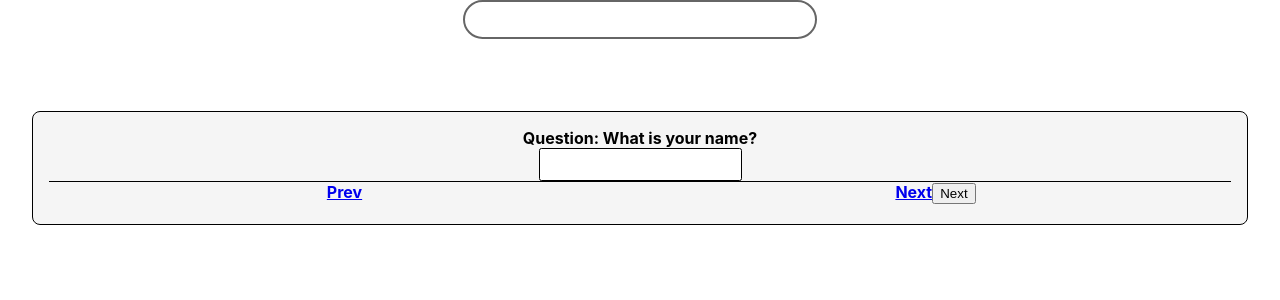
Repository: TheRungtaLibrary/survey
Page: /steps/1
The author's editor kept a copy of each file at every save. The page is drawn from the files as they stood at one save, then again after the next save.
The browser window is 1280 px wide. The pictures show the whole page.
The project was rebuilt for these pictures with package versions that can differ from the ones it lists, and the page was loaded fresh each time. Also part of the build but not shown: src/App.css, src/components/Steps/Intro/Intro.js, src/components/Steps/Step2/Step2.js, src/components/Steps/Step3/Step3.js, src/components/Steps/Step4/Step4.js, src/components/Steps/Summary/Summary.scss, src/components/Steps/Summary/Summary.js.

Above is the page before, as saved 2020-03-19 18:03:53.

After the next save:
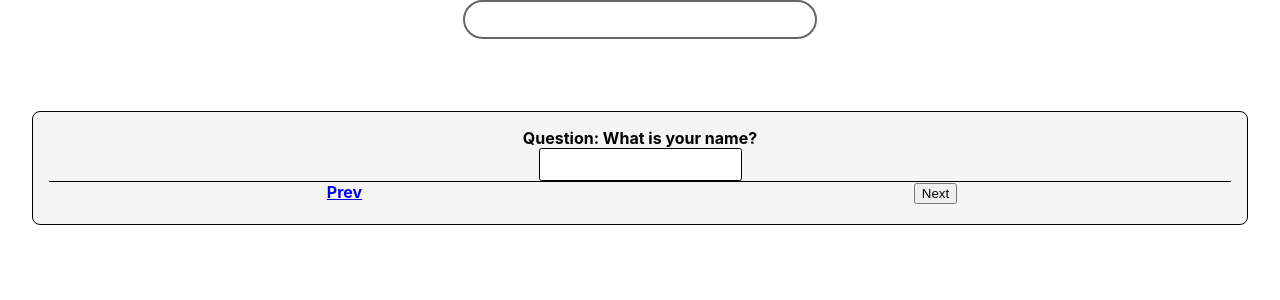
Saved 44 s later.
--- a/src/components/Steps/Step1/Step1.js
+++ b/src/components/Steps/Step1/Step1.js
@@ -34,7 +34,7 @@ const Step1 = () => {
           <Link to="/steps/0" onClick={onPrev}>Prev</Link>
           </div>
           <div>
-            <Link to="/steps/2" onClick={onSubmit}>Next</Link>
+            {/* <Link to="/steps/2" onClick={onSubmit}>Next</Link> */}
             <button onClick={onSubmit}>Next</button>
           </div>
         </div>
